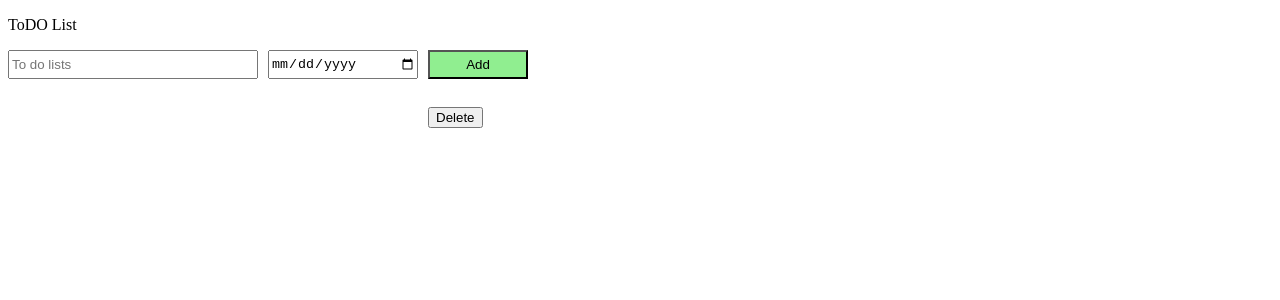
Repository: pgyunknown/ToDo-List
Page: index.html
These files come from the project's save history. The page is drawn as it stood at one moment and after the next save; the edit follows.
The browser window is 1280 px wide. The pictures show the whole page.

Above is the page before, as saved 2024-08-29 20:48:41.

### index.html
<!DOCTYPE html>
<html lang="en">
<head>
  <meta charset="UTF-8">
  <meta name="viewport" content="width=device-width, initial-scale=1.0">
  <link rel="stylesheet" href="index.css">
  <title>Document</title>
</head>
<body>
    <p>ToDO List</p>
  <div class="grid-body">
  <input placeholder="To do lists" class="js-name-input"><input type="date" class="js-date-b"><button onclick="addWork();" class="add-b">Add</button><br>
    </div>
  <div class="js-todo-list todo-grid">text</div>

  <script src="index.js"></script>
</body>
</html>

### index.css
.todo-grid{
  display: grid;
  grid-template-columns: 250px 150px 100px;
  column-gap: 10px;
  row-gap: 10px;
}

.grid-body{
  display: grid;
  grid-template-columns: 250px 150px 100px;
  column-gap: 10px;
  row-gap: 10px;
}

.add-b{
  background-color: lightgreen;
  padding: 5px;
}
.delete-b{

}

### index.js
const todoList=[{
  name:'',duedate:''
}
];

eventList();
function eventList(){
  let todoListHTML=' ';
  for(i=0;i<todoList.length;i++){
    const todoObj=todoList[i];
    const {name}=todoObj;
    const {duedate}=todoObj;
    const html=`
    <div >${name}</div>
    <div >${duedate}</div>
    <div>    <button onclick="todoList.splice(${i},1);
    eventList();" class="delete-b" >Delete</button></div>
    `;
    todoListHTML+=html;
}
console.log(todoListHTML) ;
document.querySelector('.js-todo-list').innerHTML=todoListHTML;
}
function addWork(){
  const inputElement=document.querySelector('.js-name-input');
  const name=inputElement.value;

  const dateinputElement=document.querySelector('.js-date-b');
  const duedate=dateinputElement.value;

  todoList.push({
    name:name,
    duedate:duedate
  });

  inputElement.value='';
  // console.log(todoList);
  eventList();
}

After the next save:
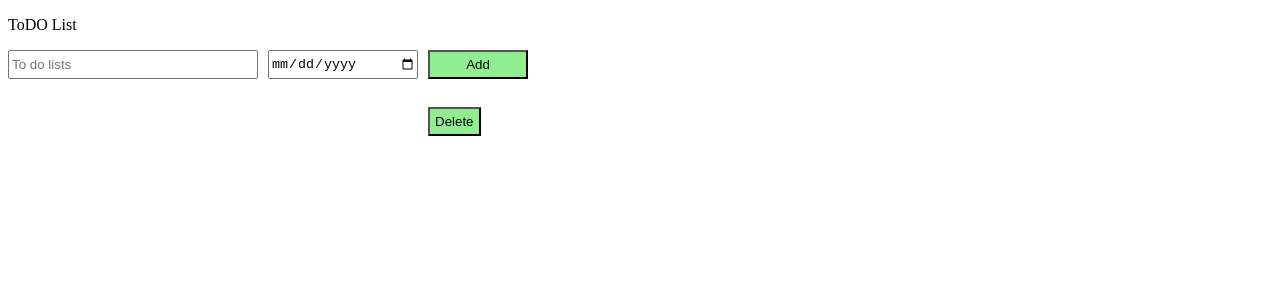
Saved 6 s later.
--- a/index.css
+++ b/index.css
@@ -17,5 +17,6 @@
   padding: 5px;
 }
 .delete-b{
-
+  background-color: lightgreen;
+  padding: 5px;
 }
